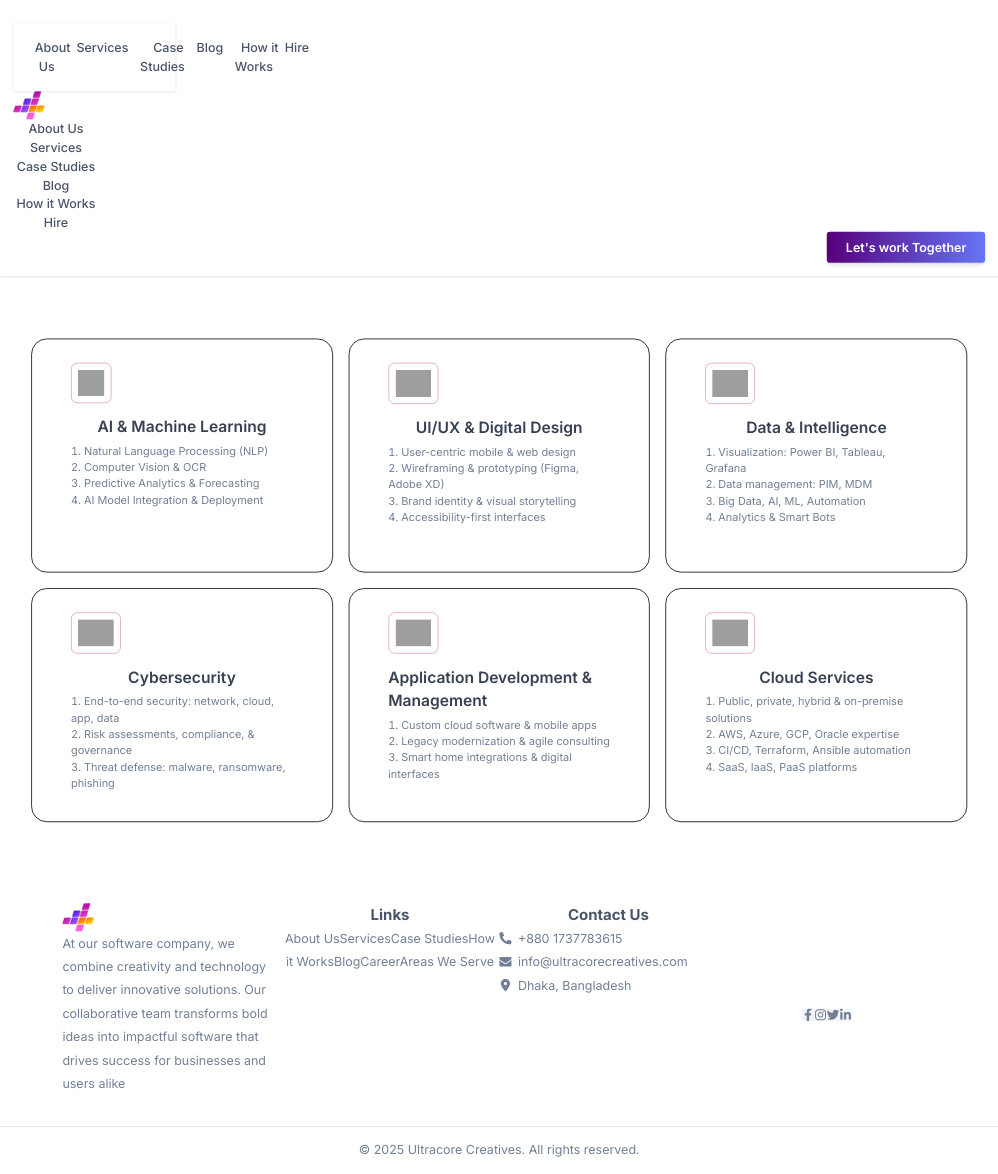
Repository: nazifat/ultra-core
Page: /services
The author's editor kept a copy of each file at every save. The page is drawn from the files as they stood at one save, then again after the next save.
The browser window is 1280 px wide. The pictures show the whole page, at 78% of full size.
Pictures or frames that could not be fetched are drawn as grey boxes. The project was rebuilt for these pictures with package versions that can differ from the ones it lists, and the page was loaded fresh each time. Also part of the build but not shown: vite.config.js, src/App.jsx, src/Pages/ErrorPage/ErrorPage.jsx, src/Components/Divider/Divider.jsx, src/Components/CustomHeader/CustomHeader.jsx, src/Pages/Home/Approach/Approach.jsx, src/Pages/Home/Banner/Banner.jsx, src/Pages/Home/BoldIdeas/BoldIdeas.jsx and 23 more.

Above is the page before, as saved 2025-07-10 14:10:44.

### index.html
<!doctype html>
<html lang="en">
  <head>
    <meta charset="UTF-8" />
    <link rel="icon" type="image/svg+xml" href="/vite.svg" />
    <meta name="viewport" content="width=device-width, initial-scale=1.0" />
    <title>Ultracore Creatives</title>
  </head>
  <body>
    <div id="root"></div>
    <script type="module" src="/src/main.jsx"></script>
  </body>
</html>

### src/main.jsx
import { StrictMode } from 'react'
import { createRoot } from 'react-dom/client'
import './index.css'
import App from './App.jsx'
import { router } from './Providers/RouterProvider/RouterProvider'

import {

  RouterProvider
} from "react-router-dom";

createRoot(document.getElementById('root')).render(
  <StrictMode>
    <RouterProvider router={router} />

  </StrictMode>,
)

### src/index.css

@import "@fontsource/inter"; /* Defaults to 400 weight */
@import "@fontsource/inter/500.css";
@import "@fontsource/inter/600.css";
@import "@fontsource/inter/700.css";

@tailwind base;
@tailwind components;
@tailwind utilities;


body{
    background-color: white;
}


.custom-navbar{
    font-family: 'Inter', sans-serif;
    font-weight: 500;
    color: #4A5568;
    font-size: 16px;
}

.custom-navbar a{
  margin-right: 15px;
}



.custom-footer{


font-family: 'Inter', sans-serif;
font-weight: 400;
color: #718096;
line-height:  30px;
letter-spacing: 0%;
font-size: 16px;

}

.custom-footer h6{

  color: #4A5568 !important;
  font-weight:700;
  text-transform: capitalize;
  font-size: larger;

}

.card{
    width: fit-content;
    width: 95%;
    margin: auto;
    height: 400px;
}

@media (max-width: 480px) {
    .card {
      height: 300px; /* or any smaller value */
      width: 80%;
    }
  }


  .tab:hover{
    background: linear-gradient(to right, #F76680, #57007B);
    -webkit-background-clip: text;
    -webkit-text-fill-color: transparent;

    /* Optional: for Firefox */
    background-clip: text;
    color: transparent;

  }
  .tab{
      color: gray;
      border-bottom: white 2px solid;



  }

  .tabs{

    align-items: center !important;
    justify-content: center !important;
    font-size: medium;

  }


  .tab:not(:checked, label:has(:checked), :hover, .tab-active, [aria-selected="false"]){
    color: gray;
    /* border-bottom: purple 2px; */

  }

  .tab:checked, label:has(:checked), .tab-active, [aria-selected="true"]{
    color: purple;
    /* border-bottom: purple 2px solid; */

  background: -webkit-linear-gradient(#F76680, #57007B);
  -webkit-background-clip: text;
  -webkit-text-fill-color: transparent;




  }

  .tab-content {
    margin-top: 50px;
    padding: 0 10px 0 10px;
    width: 70%;
    max-width: auto;
  }

  .tab-content img{
    height: 60px;
    width: fit-content;
  }


  @media (max-width: 480px){

    .tab-content img{
      /* height: auto; */
      width: fit-content;
    }

    .service-card{
      margin: 20px 0px;
    }

    .service-card h2{
      font-size: 16px !important;
      margin-bottom: 5px;
    }

    .circle-divider{
      display: none;
    }

    .how-it-works-divider{
      display:none;
    }


  }


  .approach p{
    font-weight: 400;
    font-size: 14px;
    color: #5d697e;
    font-family: 'Inter';
    line-height: 162%;
  }

  .navbar {
    padding: 17px;
  }


  /* swiper slider------------------ */

  .swiper-pagination-bullet-active{
    background: linear-gradient(45deg, #F76680, #57007B) !important;

  }

  .swiper-pagination-bullet{
    height: 15px !important;
    width: 15px !important;
    /* border: 5px solid black !important; */


  }

  .swiper-wrapper{
    margin-bottom: 5% !important;
  }

  /* .service area */


  .service-card{
    padding: 30px 50px;
    border: 1px solid;
    border-radius: 20px;
    min-height: 300px;

  }

  .service-card img{
    margin-bottom: 15px;

  }

  .service-card li{
    font-size: 14px;
    color: #718096;
    font-weight: 300;
  }

  .service-card h2{
    font-size: 20px;
    margin-bottom: 5px;


  }




/* expert team card hover */

.card-hover {
  transition: transform 0.3s ease-in-out, box-shadow 0.3s ease-in-out;
}

.card-hover:hover {
  transform: scale(1.05) translateY(-8px);
  box-shadow: 0 10px 20px rgba(0, 0, 0, 0.3);
}

### src/Providers/RouterProvider/RouterProvider.jsx
import {
  createBrowserRouter,
  RouterProvider,
} from "react-router-dom";
import ErrorPage from "../../Pages/ErrorPage/ErrorPage";
import Home from "../../Pages/Home/Home";
import Root from '../../Pages/Root/Root';
import About from "../../Pages/About/About";
import Services from '../../Pages/Services/Services';
import CaseStudies from '../../Pages/CaseStudies/CaseStudies'
import Blog from '../../Pages/Blog/Blog'
import Hire from '../../Pages/Hire/Hire'
import HowItWorks from '../../Pages/HowItWorks/HowItWorks'


export const router = createBrowserRouter([
  {
    path: "/",
    element: <Root></Root>,
    errorElement: <ErrorPage></ErrorPage>,
    children: [
      {
        path: "/",
        element: <Home></Home>,
      },
      {
        path: "/about",
        element: <About></About>
      },
      {
        path:"/services",
        element: <Services></Services>

      },
      {
        path: "/caseStudies",
        element: <CaseStudies></CaseStudies>
      },
      {
        path: "/blog",
        element: <Blog></Blog>
      },
      {
        path: "/howItWorks",
        element: <HowItWorks></HowItWorks>
      },
      {
        path: "/hire",
        element:<Hire></Hire>
      }
    ]
  },
]);

### src/App.css
#root {
  max-width: 1920px;
  margin: 0 auto;
  text-align: center;
  padding: 0;
}


.logo {
  height: 6em;
  padding: 1.5em;
  will-change: filter;
  transition: filter 300ms;
}
.logo:hover {
  filter: drop-shadow(0 0 2em #646cffaa);
}
.logo.react:hover {
  filter: drop-shadow(0 0 2em #61dafbaa);
}

@keyframes logo-spin {
  from {
    transform: rotate(0deg);
  }
  to {
    transform: rotate(360deg);
  }
}

@media (prefers-reduced-motion: no-preference) {
  a:nth-of-type(2) .logo {
    animation: logo-spin infinite 20s linear;
  }
}

.card {
  padding: 2em;
}

.read-the-docs {
  color: #888;
}

### src/Pages/Root/Root.jsx
import React from 'react';
import { Outlet } from 'react-router-dom';
import NavBar from '../../Components/Shared/NavBar'
import Footer from '../../Components/Shared/Footer'

const Root = () => {
    return (
        <div>
            <NavBar></NavBar>
            <Outlet></Outlet>
            <Footer></Footer>

        </div>
    );
};

export default Root;

### src/Pages/Services/Services.jsx

import HeaderBanner from '../../Components/HeaderBanner/HeaderBanner'
const Services = () => {
    return (
        <div className=''>

            {/* <HeaderBanner img="" title="Services"></HeaderBanner> */}

            <div className='service-area grid md:grid-cols-3 grid-cols-1 p-10 my-10 gap-5'>
                {/* service--1 */}
                <div className=" service-card bg-[#fff] shadow-sm  rounded-lg">
                    <div className=''>
                        <img
                            className='h-[52px] w-[52px] border border-[#DE9EBA] rounded-lg p-2'
                            src="https://i.ibb.co.com/Z6r8QtGn/aiml.png"
                            alt="AI"
                        />
                    </div>

                    <div className="">
                        <h2 className="card-title font-semibold text-gray-700">
                            AI & Machine Learning
                        </h2>
                        <ol className='text-left text-[#718096] list-decimal list-inside  '>
                            <li>Natural Language Processing (NLP)</li>
                            <li>Computer Vision & OCR</li>
                            <li>Predictive Analytics & Forecasting</li>
                            <li>AI Model Integration & Deployment</li>
                        </ol>

                    </div>
                </div>


                {/* service--2 */}
                <div className="service-card bg-[#fff]  shadow-sm">
                    <div className=''>
                        <img
                            className='max-h-16 max-w-16 border border-[#DE9EBA] rounded-lg p-2 object-contain'
                            src="https://i.ibb.co.com/BK6pc359/uiux.png"
                            alt="AI"
                        />
                    </div>

                    <div className="">
                        <h2 className="card-title font-semibold text-gray-700">
                            UI/UX & Digital Design
                        </h2>
                        <ol className='text-left text-[#718096] list-decimal list-inside  '>
                            <li>User-centric mobile & web design</li>
                            <li>Wireframing & prototyping (Figma, Adobe XD)</li>
                            <li>Brand identity & visual storytelling</li>
                            <li>Accessibility-first interfaces</li>
                        </ol>

                    </div>
                </div>


                {/* service--3 */}
                <div className="service-card bg-[#fff] shadow-sm">
                    <div className=''>
                        <img
                            className='max-h-16 max-w-16 border border-[#DE9EBA] rounded-lg p-2 object-contain'
                            src="https://i.ibb.co.com/8Lm3b3QH/data.png"
                            alt="AI"
                        />
                    </div>

                    <div className="">
                        <h2 className="card-title font-semibold text-gray-700">
                            Data & Intelligence
                        </h2>
                        <ol className='text-left text-[#718096] list-decimal list-inside  '>
                            <li>Visualization: Power BI, Tableau, Grafana</li>
                            <li>Data management: PIM, MDM</li>
                            <li>Big Data, AI, ML, Automation</li>
                            <li>Analytics & Smart Bots</li>
                        </ol>

                    </div>
                </div>

                {/* service--4 */}
                <div className="service-card bg-[#fff]  shadow-sm">
                    <div className=''>
                        <img
                            className='max-h-16 max-w-16 border border-[#DE9EBA] rounded-lg p-2 object-contain'
                            src="https://i.ibb.co.com/cKqS9P1P/cyber.png"
                            alt="Cybersecurity"
                        />
                    </div>

                    <div className="">
                        <h2 className="card-title font-semibold text-gray-700">
                            Cybersecurity
                        </h2>
                        <ol className='text-left text-[#718096] list-decimal list-inside  '>
                            <li>End-to-end security: network, cloud, app, data</li>
                            <li>Risk assessments, compliance, & governance</li>
                            <li>Threat defense: malware, ransomware, phishing</li>
                        </ol>

                    </div>
                </div>
                {/* service--5 */}
                <div className="service-card bg-[#fff] shadow-sm">
                    <div className=''>
                        <img
                            className='max-h-16 max-w-16 border border-[#DE9EBA] rounded-lg p-2 object-contain'
                            src="https://i.ibb.co.com/zHbNkDRR/ADM.png"
                            alt="AI"
                        />
                    </div>

                    <div className="">
                        <h2 className="card-title font-semibold text-gray-700 text-left">
                            Application Development & Management
                        </h2>
                        <ol className='text-left text-[#718096] list-decimal list-inside  '>
                            <li>Custom cloud software & mobile apps</li>
                            <li>Legacy modernization &amp; agile consulting</li>
                            <li>Smart home integrations & digital interfaces</li>

                        </ol>

                    </div>
                </div>
                {/* service--6 */}
                <div className="service-card bg-[#fff] shadow-sm">
                    <div className=''>
                        <img
                            className='max-h-16 max-w-16 border border-[#DE9EBA] rounded-lg p-2 object-contain'
                            src="https://i.ibb.co.com/4ZFPnfhK/cloud.png"
                            alt="AI"
                        />
                    </div>

                    <div className="">
                        <h2 className="card-title font-semibold text-gray-700">
                            Cloud Services
                        </h2>
                        <ol className='text-left text-[#718096] list-decimal list-inside  '>
                            <li>Public, private, hybrid & on-premise solutions</li>
                            <li>AWS, Azure, GCP, Oracle expertise</li>
                            <li>CI/CD, Terraform, Ansible automation</li>
                            <li>SaaS, IaaS, PaaS platforms</li>

                        </ol>

                    </div>
                </div>




            </div>



        </div>
    );
};

export default Services;

### src/Components/Divider/LineDivider.jsx
import React from 'react';

const LineDivider = () => {
    return (
        <div>
            <div className="h-[1px] w-full bg-[#E7DAED] my-4"></div>

        </div>
    );
};

export default LineDivider;

### src/Components/Shared/NavBar.jsx
import React from 'react';
import { NavLink } from 'react-router-dom';
import logo from '../../assets/images/logo.png'
import CustomButton from '../CustomButton/CustomButton';
import { MdOutlineMenu } from "react-icons/md";


const NavBar = () => {

    const links = <>
        <li className='custom-navbar'><NavLink to="/about">About Us</NavLink></li>
        <li className='custom-navbar'><NavLink to="/Services">Services</NavLink></li>
        <li className='custom-navbar'><NavLink to="/caseStudies">Case Studies</NavLink></li>
        <li className='custom-navbar'><NavLink to="/blog">Blog</NavLink></li>
        <li className='custom-navbar'><NavLink to="/howItWorks">How it Works</NavLink></li>
        <li className='custom-navbar'> <NavLink to="/hire">Hire</NavLink></li>
    </>
    return (
        <div className="navbar w-full shadow">
            <div className="navbar-start">
                <div className="dropdown ">
                    <div tabIndex={0} role="button" className="btn btn-lg bg-gray-100 border-0 mx-2  lg:hidden  ">
                    <MdOutlineMenu  className='text-gray-600'/>
                    </div>
                    <ul
                        // tabIndex={0}
                        className="menu menu-md dropdown-content bg-white z-1 mt-3 w-52 p-5 shadow flex ">
                        {links}
                    </ul>
                </div>
                <NavLink className=" text-xl" to='/'><img src={logo} alt="" /></NavLink>
            </div>
            <div className="navbar-center hidden lg:flex">
                <ul className="menu menu-horizontal px-1">
                    {links}

                </ul>
            </div>
            <div className="navbar-end">
            <CustomButton
                            className="justify-end"
                            btnText="Let's work Together"
                        />
                {/* <CustomButton justifyPosition="end" btnText="Let's work Together"></CustomButton> */}

            </div>
        </div>
    );
};

export default NavBar;

### src/Components/Shared/Footer.jsx
import { NavLink } from 'react-router-dom';
import logo from '../../assets/images/logo.png'
import { FaEnvelope, FaFacebook, FaFacebookF, FaFacebookSquare, FaInstagram, FaLinkedin, FaLinkedinIn, FaLocationArrow, FaPhoneAlt, FaTwitter } from "react-icons/fa";

import { FaLocationDot } from "react-icons/fa6";
import LineDivider from '../Divider/LineDivider';
const Footer = () => {
    return (
        <div>
            <footer className="lg:px-20 custom-footer footer  sm:footer-horizontal text-gray-600 text-neutral-content p-10  flex md:flex-row flex-col md:justify-evenly md:p-6 " >
                <nav className='flex-[1] min-w-[200px]' >
                    <NavLink to="/"> <img src={logo} alt="" /></NavLink>

                    <p className='text-left'>At our software company, we combine creativity and technology to deliver innovative solutions. Our collaborative team transforms bold ideas into impactful software that drives success for businesses and users alike
                    </p>
                </nav>
                <nav className='flex-1 justify-center'>
                    <h6 className="">Links</h6>
                    <NavLink to="/about">About Us</NavLink>
                    <NavLink to="/services">Services</NavLink>
                    <NavLink to="/caseStudies">Case Studies</NavLink>
                    <NavLink to="/howItWorks">How it Works</NavLink>
                    <NavLink to="/blog">Blog</NavLink>
                    <NavLink to="/career">Career</NavLink>
                    <NavLink to="/areasWeServer">Areas We Serve</NavLink>
                </nav>
                <nav className='flex-1 justify-center'>
                    <h6 className="">Contact Us</h6>
                    <p className="flex items-center gap-2"><FaPhoneAlt />+880 1737783615</p>
                    <p className="flex items-center gap-2"><FaEnvelope /> info@ultracorecreatives.com</p>
                    <p className="flex items-center gap-2"><FaLocationDot /> Dhaka, Bangladesh</p>
                </nav>
                <nav className='flex-1 justify-center flex items-center justify-center mt-10'>

                    <button className="btn btn-circle bg-gray-100 text-base-100 border-gray-100">
                        <FaFacebookF></FaFacebookF>
                    </button>
                    <button className="btn btn-circle bg-gray-100 text-base-100 border-gray-100">
                        <FaInstagram></FaInstagram>
                    </button>
                    <button className="btn btn-circle bg-gray-100 text-base-100 border-gray-100">
                        <FaTwitter></FaTwitter>
                    </button>
                    <button className="btn btn-circle bg-gray-100 text-base-100 border-gray-100">
                        <FaLinkedinIn />
                    </button>

                </nav>





            </footer>

                <LineDivider></LineDivider>
            <aside className='lg:px-20'>
                <p className='text-center text-[#718096] pb-5'> © {new Date().getFullYear()}  Ultracore Creatives. All rights reserved.</p>
            </aside>

        </div>


    );
};

export default Footer;

### src/Components/CustomButton/CustomButton.jsx
// import React from 'react';
// import { NavLink } from 'react-router-dom';

import { NavLink } from "react-router-dom";

// const CustomButton = (props) => {
//     return (
//         <div className={`w-full flex  justify-${props.justifyPosition}`}>
//             <NavLink className="btn lg:btn-lg btn-sm bg-gradient-to-r from-[#57007B] to-[#6675F7] text-white font-semibold py-2 px-6 rounded shadow-md hover:opacity-90 transition duration-300">
//                 {props.btnText}
//             </NavLink>
//         </div>
//     );
// };

// export default CustomButton;


export default function CustomButton({ btnText, className = '' }) {
    return (
      <div className={`flex ${className}`}>
        <NavLink className="btn lg:btn-lg btn-sm bg-gradient-to-r from-[#57007B] to-[#6675F7] text-white font-semibold py-2 px-6 rounded shadow-md hover:opacity-90 transition duration-300">
          {btnText}
        </NavLink>
      </div>
    );
  }

### tailwind.config.js
/** @type {import('tailwindcss').Config} */
export default {
  content: ["./src/**/*.{html,js,jsx,ts,tsx}"],

  theme: {
    extend: {

      fontFamily: {
        sans: ['Inter', 'sans-serif'], // replaces default sans
      },
      screens: {
        sm: '640px',
        // other breakpoints...
      },

    },


  },
  plugins: [
    require('daisyui'),
  ],

}

After the next save:
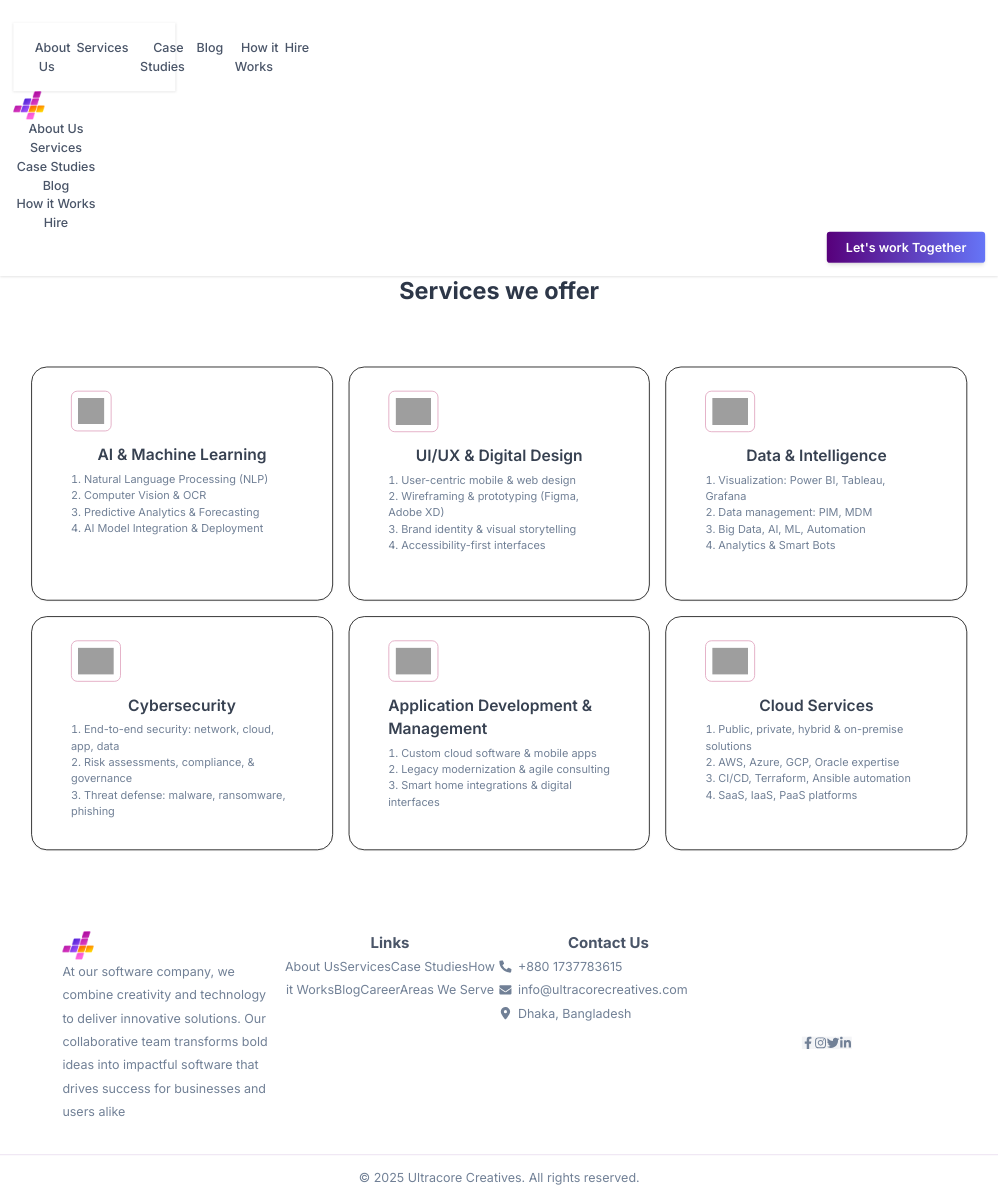
Saved 48 s later.
--- a/src/Pages/Services/Services.jsx
+++ b/src/Pages/Services/Services.jsx
@@ -5,6 +5,7 @@ const Services = () => {
         <div className=''>
 
             {/* <HeaderBanner img="" title="Services"></HeaderBanner> */}
+            <h2 className='lg:text-3xl text-xl text-[#2D3748] lg:mb-10 text-center font-bold'>Services we offer</h2>
 
             <div className='service-area grid md:grid-cols-3 grid-cols-1 p-10 my-10 gap-5'>
                 {/* service--1 */}
